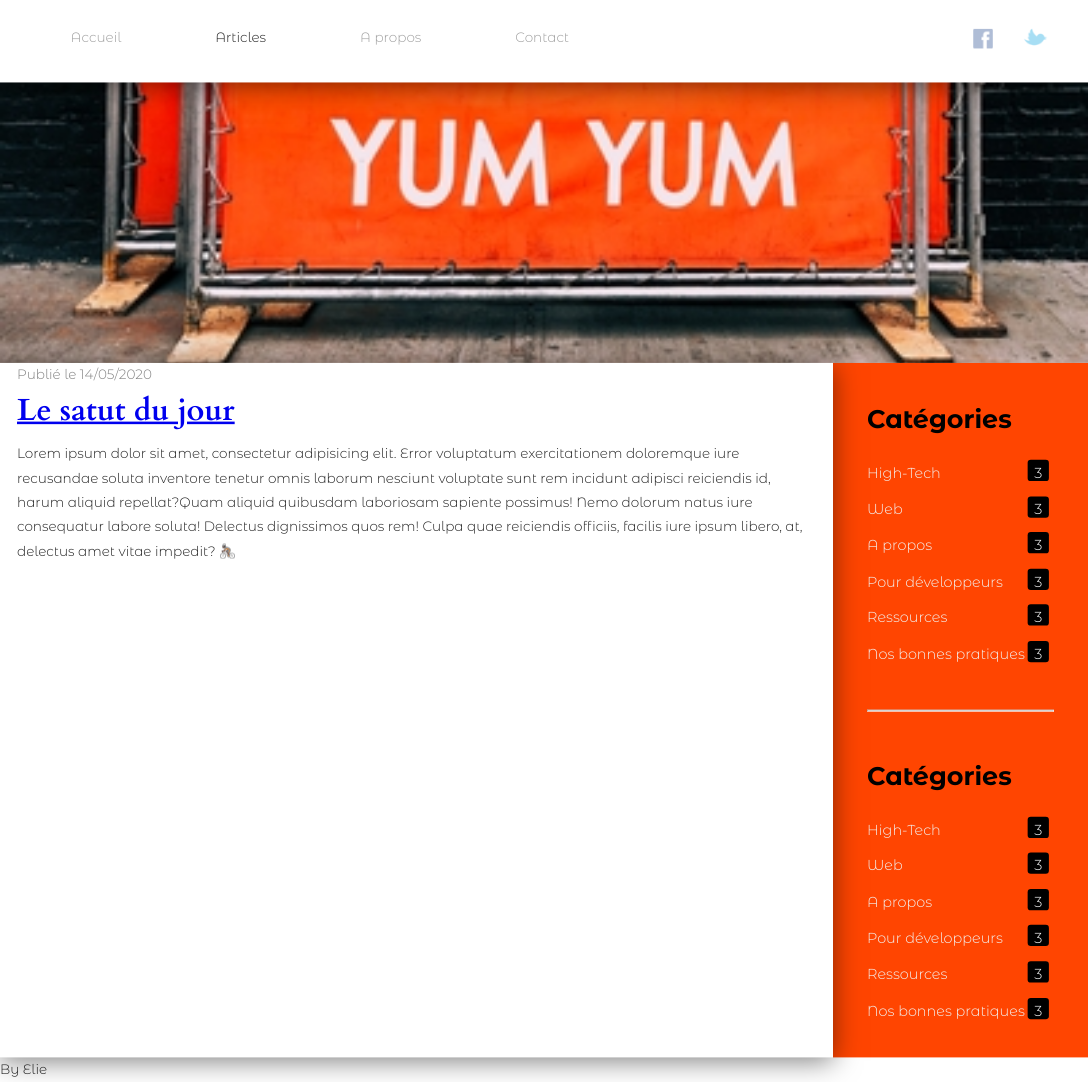
Repository: Elie-Dey/blog-train
Page: article.html
An editor plug-in stored every save of this project. The page is shown before and after the next save, followed by the edit.
The browser window is 1280 px wide. The pictures show the whole page, at 85% of full size.

Above is the page before, as saved 2020-06-18 23:26:15.

### article.html
<!DOCTYPE html>
<html lang="en">
<head>
    <meta charset="UTF-8">
    <meta name="viewport" content="width=device-width, initial-scale=1.0">
    <link href="https://fonts.googleapis.com/css2?family=Cardo:wght@400;700&family=Montserrat+Alternates:wght@300;700&display=swap" rel="stylesheet">
    <link rel="stylesheet" href="style.css">
    <title>Mon blog</title>
</head>
<body>
    <header class="topbar">
        <nav>
            <a href="index.html">Accueil</a>
            <a href="articles.html" class="active"> Articles</a>
            <a href="about.html">A propos</a>
            <a href="apropos.html">Contact</a>
        </nav>
        <div class="social">
            <a href="#"> <img src="images/fb.png" alt="Facebook"></a>
            <a href="#"> <img src="images/twitter.png" alt="Twitter"></a>
        </div>
    </header>
    <div class="banniere"></div>
   <div class="body">
    <main class="main">
        <div class="container">

              <div class="article-date">Publié le 14/05/2020</div>
              <h2 class="article-title">  <a href="#">    Le satut du jour</a>  </h2>
              <p>
                  Lorem ipsum dolor sit amet, consectetur adipisicing elit. Error voluptatum exercitationem doloremque iure recusandae soluta inventore tenetur omnis laborum nesciunt voluptate sunt rem incidunt adipisci reiciendis id, harum aliquid repellat?Quam aliquid quibusdam laboriosam sapiente possimus! Nemo dolorum natus iure consequatur labore soluta!
                  Delectus dignissimos quos rem! Culpa quae reiciendis officiis, facilis iure ipsum libero, at, delectus amet vitae impedit? &#128692;&#127999;
              </p>
          </article>


        </div>
     </main>

    <aside class="sidebar">
        <h4 class="sidebar-title">Catégories</h4>
        <ul>
            <li><a href="#">High-Tech</a></li>
            <li><a href="#">Web</a></li>
            <li><a href="#">A propos</a></li>
            <li><a href="#">Pour développeurs </a></li>
            <li><a href="#">Ressources</a></li>
            <li><a href="#">Nos bonnes pratiques</a></li>
        </ul>
        <hr>
        <h4 class="sidebar-title">Catégories</h4>
        <ul>
            <li><a href="#">High-Tech</a></li>
            <li><a href="#">Web</a></li>
            <li><a href="#">A propos</a></li>
            <li><a href="#">Pour développeurs</a></li>
            <li><a href="#">Ressources</a></li>
            <li><a href="#">Nos bonnes pratiques</a></li>
        </ul>


    </aside>
</div>
    <footer class="footer">
        By Elie
    </footer>
</body>
</html>

### style.css
/*
* Prefixed by https://autoprefixer.github.io
* PostCSS: v7.0.29,
* Autoprefixer: v9.7.6
* Browsers: last 4 version,ie > 8
*/

*{
    -webkit-box-sizing: border-box;
            box-sizing: border-box;
}
body, html
{
    margin: 0;
    font-size: 16px;
    font-family: 'Montserrat Alternates', sans-serif;
    color: rgba(0, 0, 0, .87);
    line-height: 1.8;

}
.topbar{

    position: fixed;
    top: 0;
    right: 0;
    left: 0;
    width: 100%;
    background-color: white;
    padding: 30px ;
    z-index: 3;
    font-family: 'Montserrat Alternates', sans-serif;
    font-weight: 700;
    -webkit-box-shadow: 0 4px 30px rgba(0, 0, 0, .5);
            box-shadow: 0 4px 30px rgba(0, 0, 0, .5);

}
.topbar nav{
    float: left;

}
.topbar nav a {
    color: #9f9f9f;
    text-decoration: none;
    font-weight: 500;
    padding: 0 53px;
}

.topbar nav a:hover , .topbar nav a.active{
    color:  rgba(0, 0, 0, .87);
}

 .social {
    float: right;
}

.social a
{
    padding: 0 12px;
    opacity: .4;
}
.social a:hover
{
    opacity: 1;
}

.banniere {
    height: 427px;
    background: no-repeat center center / cover url("images/banniere.jpg");
}
.body
{
    display: -webkit-box;
    display: -ms-flexbox;
    display: flex;
}
.main
{

    width: calc(100% - 300px);
    background: white;
    -webkit-box-shadow: 0 4px 30px rgba(0, 0, 0, .5);
            box-shadow: 0 4px 30px rgba(0, 0, 0, .5);
    position: relative;
    z-index: 2;


}
.sidebar
{

    background:rgb(255, 69, 1);
    width: 300px;
    padding: 40px;
    font-size: 17px;
    font-weight: 300;
    position: relative;
    z-index: 1;
}
/* .sidebar ul
{
    counter-reset: sidebarlist;
}

.sidebar li::before
{
    counter-increment: sidebarlist;
    content: counter(sidebarlist) ". ";
} */

.sidebar-title
{
    font-size: 30px;
    color: black;
    margin: 20px 0;
}
.sidebar a
{
    text-decoration: none;
    color: rgb(243, 241, 239);

}
.sidebar ul
{
    margin: 0;
    padding: 0;
    list-style: none;

}
.sidebar li
{
    padding: 6px 6px 6px 0;
}
.sidebar li::after
{
    content: '3';
    float:right;
    background: black;
    color:white;
    width: 25px;
    height: 25px;
    text-align: center;
    border-radius: 15%;
}
.sidebar li:first-child
{
    padding-top: 0;
}

.sidebar li:last-child
{
    padding-bottom: 0;
}
.sidebar a:hover
{
    text-decoration: underline;
}

.sidebar hr
{
    border-color:none;
    background: white;
    height: 1px;
    margin: 50px 0;


}

.sidebar-title:first-child
{
    margin-top: 0;
}


.article
{
    position: relative;
    overflow: hidden;
    margin: 50px 0;
    padding-left: 225px;
    min-height: 225px;

}
.article p
{
    font-family: 'Montserrat Alternates', sans-serif;
    font-weight: 500;
}
.article p::first-letter
{
    font-size: 2em;
    font-weight: bold;
}
.container
{
    max-width: 940px;
    margin: 0 auto;
}
.article a
{
    color: inherit;
    text-decoration: none;
}
.article a:hover
{
    text-decoration: underline;
}
.article-img
{
    position: absolute;
    left: 0;
    top: 0;
    width: 200px;
    margin-right: 25px;
}
.article-title
 {
    font-size: 2.25rem;
    line-height: 1.2;
    font-family: "Cardo", serif;
    margin: 0 0 15px 0;
 }
.article-date
{
    font-weight: 300;
    color: rgba(0, 0, 0, .5);
    margin-bottom: 5px;
}
.article-img img
{
    width: 100%;
    height: auto;
}
.footer
{
    clear: both;
}

After the next save:
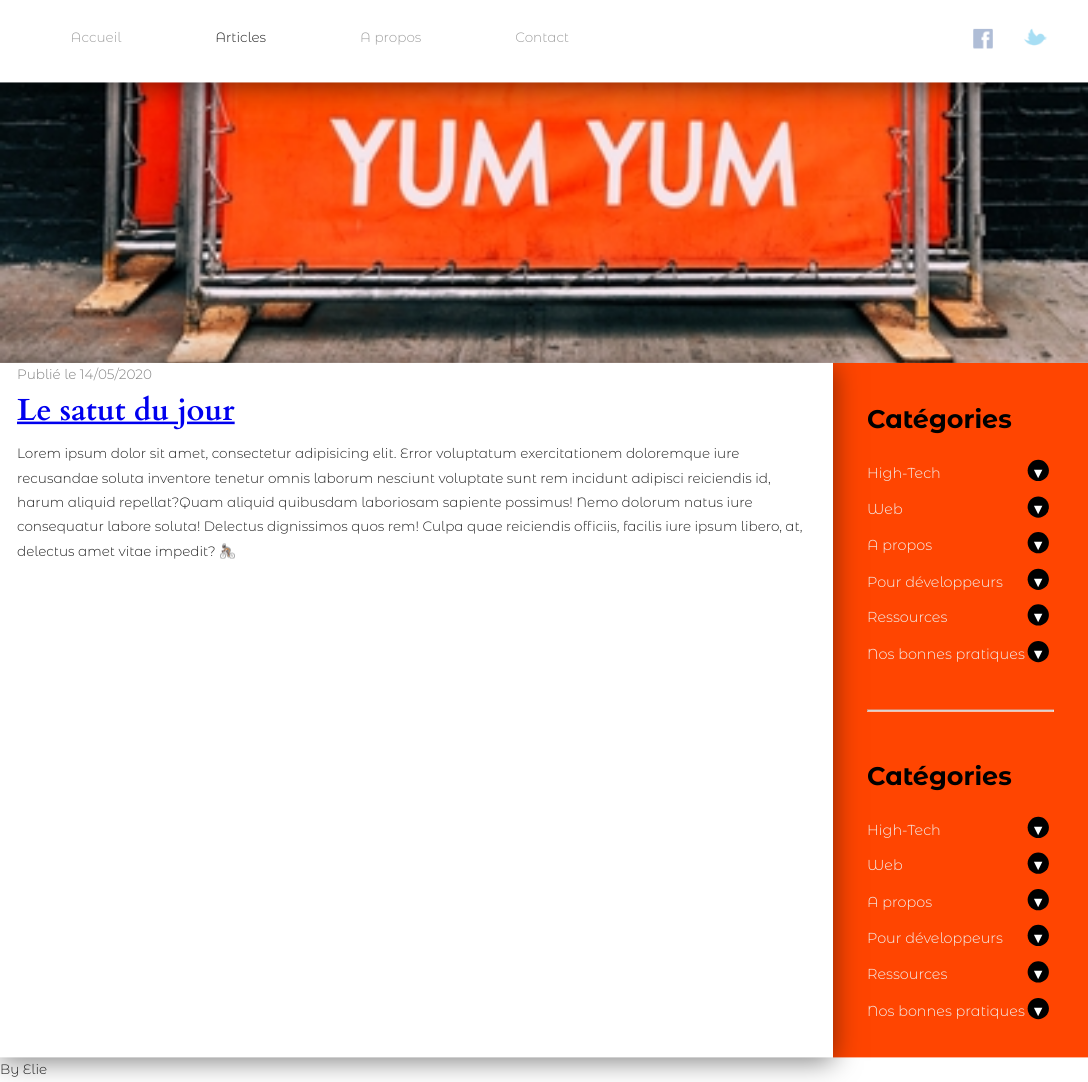
Saved 4 s later.
--- a/style.css
+++ b/style.css
@@ -132,14 +132,14 @@ body, html
 }
 .sidebar li::after
 {
-    content: '3';
+    content: '▼';
     float:right;
     background: black;
     color:white;
     width: 25px;
     height: 25px;
     text-align: center;
-    border-radius: 15%;
+    border-radius: 50%;
 }
 .sidebar li:first-child
 {
